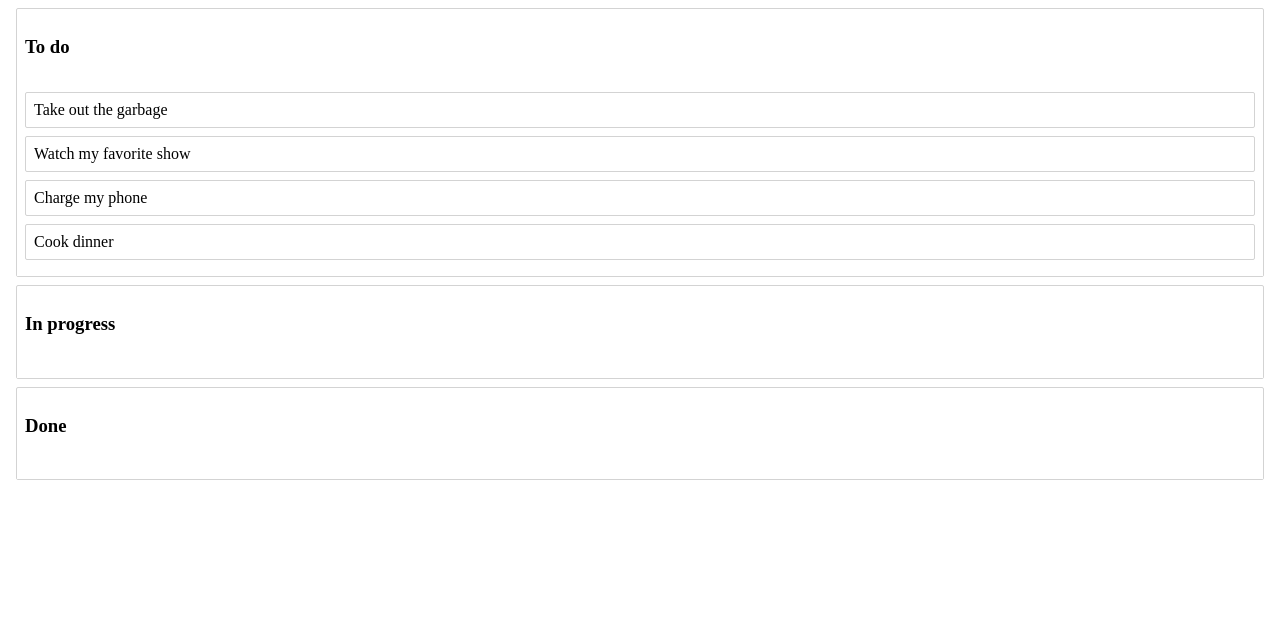
Repository: akiachenise/akiachenise.github.io
Page: / (app in JackboxGames_TierList_vanilla/tier-ranking/tier-list-app/)
An editor plug-in stored every save of this project. The page is shown before and after the next save, followed by the edit.
The browser window is 1280 px wide. The pictures show the whole page.
The project was rebuilt for these pictures with package versions that can differ from the ones it lists, and the page was loaded fresh each time.

Above is the page before, as saved 2022-11-29 19:21:11.

### JackboxGames_TierList_vanilla/tier-ranking/tier-list-app/src/index.js
import React from 'react';
import ReactDOM from 'react-dom';
import '@atlaskit/css-reset';
import { DragDropContext } from 'react-beautiful-dnd';
import Column from './column'
import initialData from './initial-data';

class App extends React.Component {
  state = initialData

  onDragEnd = result => {
    const {destination, source, draggableId } = result;

    if(!destination) {
      return;
    }

    if (destination.droppableId === source.droppableId && destination.index === source.index) {
      return;
    }

    const column = this.state.columns[source.droppableId];
    const newTaskIds = Array.from(column.taskIds);
    newTaskIds.splice(source.index, 1);
    newTaskIds.splice(destination.index, 0, draggableId);

    const newColumn = {
      ...column,
      taskIds: newTaskIds,
    };

    const newState = {
      ...this.state,
      columns: {
        ...this.state.columns,
        [newColumn.id]: newColumn,
      },
    };

    this.setState(newState);
  }
  render() {
    return (

    <DragDropContext onDragEnd={this.onDragEnd}>
    {this.state.columnOrder.map((columnId) => {
      const column = this.state.columns[columnId];
      const tasks = column.taskIds.map(taskId => this.state.tasks[taskId]);

      return <Column key={column.id} column={column} tasks={tasks} />;
    })}
    </DragDropContext>
    );
  }
}

ReactDOM.render(<App />, document.getElementById('root'));

### JackboxGames_TierList_vanilla/tier-ranking/tier-list-app/src/column.js
import React from 'react';
import styled from 'styled-components';
import { Droppable } from 'react-beautiful-dnd';
import Task from './task';

const Container = styled.div`
  margin: 8px;
  border: 1px solid lightgrey;
  border-radius: 2px;
`;
const Title = styled.h3`
  padding: 8px;
`;
const TaskList = styled.div`
  padding: 8px;
  background-color: ${props => (props.isDraggingOver ? 'skyblue' : 'white')};
`;

export default class Column extends React.Component {
  render() {
    return (
      <Container>
        <Title>{this.props.column.title}</Title>
        <Droppable droppableId={this.props.column.id}>
          {(provided, snapshot) =>
            <TaskList
              ref={provided.innerRef}
              {...provided.droppableProps}
              isDraggingOver={snapshot.isDraggingOver}
            >
              {this.props.tasks.map((task, index) => (
                <Task key={task.id} task={task} index={index} />
              ))}
              {provided.placeholder}
            </TaskList>
          }
        </Droppable>
      </Container>
    );
  }
}

### JackboxGames_TierList_vanilla/tier-ranking/tier-list-app/src/initial-data.js
const initialData = {
    tasks: {
      'task-1': { id: 'task-1', content: 'Take out the garbage' },
      'task-2': { id: 'task-2', content: 'Watch my favorite show' },
      'task-3': { id: 'task-3', content: 'Charge my phone' },
      'task-4': { id: 'task-4', content: 'Cook dinner' },
    },
    columns: {
      'column-1': {
        id: 'column-1',
        title: 'To do',
        taskIds: ['task-1', 'task-2', 'task-3', 'task-4'],
      },
      'column-2': {
        id: 'column-2',
        title: 'In progress',
        taskIds: [],
      },
      'column-3': {
        id: 'column-3',
        title: 'Done',
        taskIds: [],
      }
    },
    // Facilitate reordering of the columns
    columnOrder: [ 'column-1', 'column-2', 'column-3']
  };

  export default initialData;

### JackboxGames_TierList_vanilla/tier-ranking/tier-list-app/src/task.jsx
import React from 'react';
import styled from 'styled-components';
import { Draggable } from 'react-beautiful-dnd';

const Container = styled.div`
  border: 1px solid lightgrey;
  border-radius: 2px;
  padding: 8px;
  margin-bottom: 8px;
  background-color: ${props => (props.isDragging ? 'lightGreen' : 'white')};
`;

export default class Task extends React.Component {
  render() {
    return (
    <Draggable draggableId={this.props.task.id} index={this.props.index}>
      {(provided, snapshot) => (
        <Container
          {...provided.draggableProps}
          {...provided.dragHandleProps}
          ref={provided.innerRef}
          isDragging={snapshot.isDragging}
        >
          {this.props.task.content}
        </Container>
      )}
    </Draggable>
    );
  }
}

Loaded but not shown: JackboxGames_TierList_vanilla/tier-ranking/tier-list-app/public/index.html (common file)

After the next save:
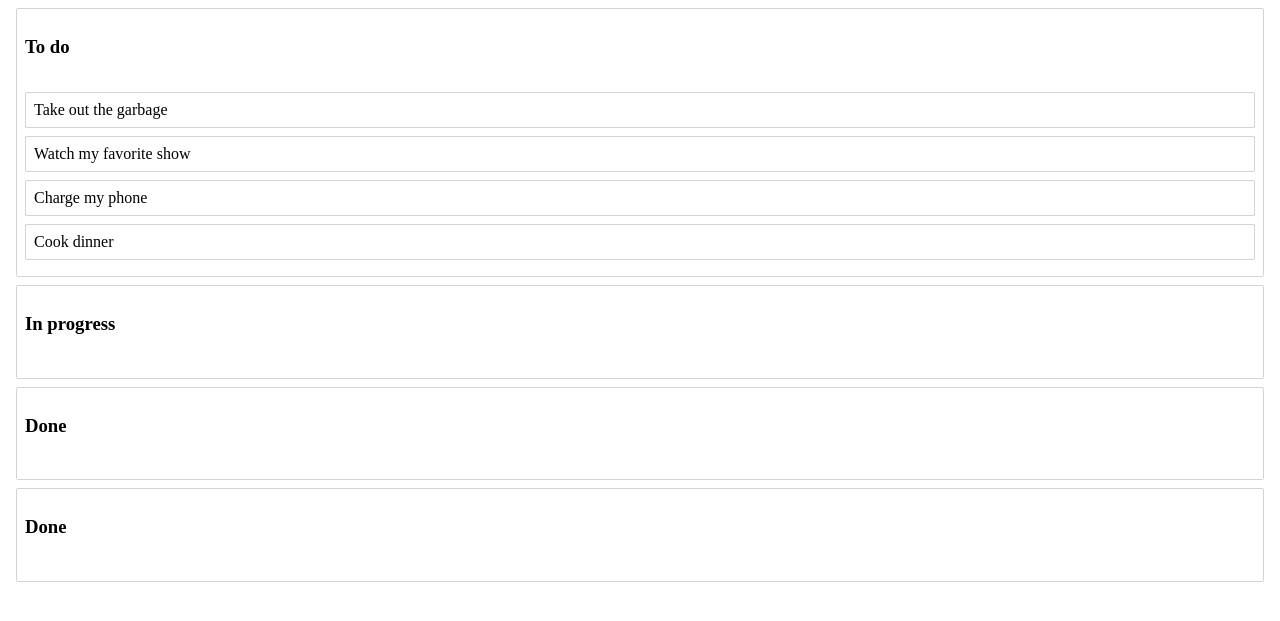
Saved 84 s later.
--- a/JackboxGames_TierList_vanilla/tier-ranking/tier-list-app/src/initial-data.js
+++ b/JackboxGames_TierList_vanilla/tier-ranking/tier-list-app/src/initial-data.js
@@ -20,10 +20,15 @@ const initialData = {
         id: 'column-3',
         title: 'Done',
         taskIds: [],
+      },
+      'column-4': {
+        id: 'column-4',
+        title: 'Done',
+        taskIds: [],
       }
     },
     // Facilitate reordering of the columns
-    columnOrder: [ 'column-1', 'column-2', 'column-3']
+    columnOrder: [ 'column-1', 'column-2', 'column-3', 'column-4']
   };
 
   export default initialData;
